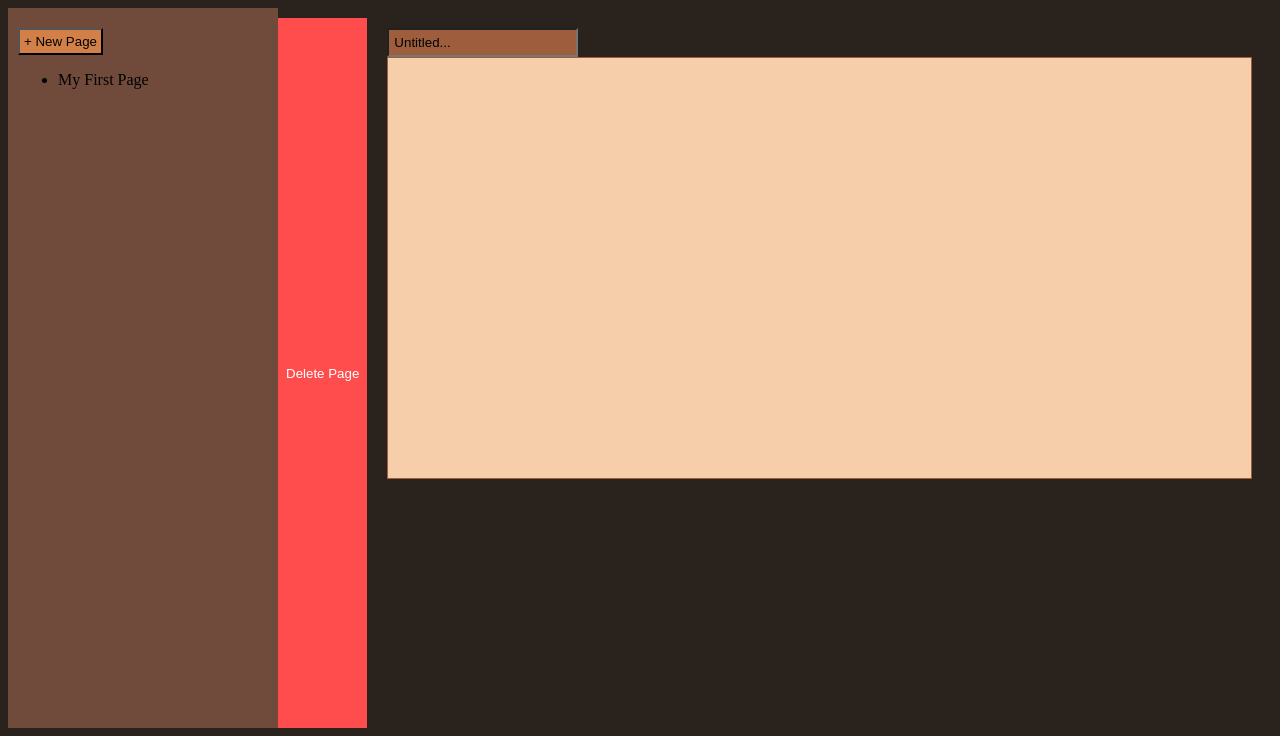
Repository: Dharshinimk-521/notes-app
Page: index.html
These files come from the project's save history. The page is drawn as it stood at one moment and after the next save; the edit follows.
The browser window is 1280 px wide. The pictures show the whole page.

Above is the page before, as saved 2026-04-18 20:36:09.

### index.html
<!DOCTYPE html>
<html lang="en">
    <head>
        <meta charset="UTF-8">
        <meta name="viewport" content="width=device-width, initial-scale=1.0">
        <title>Notes App</title>
        <link rel="stylesheet" href="style.css">
        <script src="app.js" defer></script>
    </head>
    <body>
    <div class="app">

        <aside class="sidebar">
        <button id="newPageBtn">+ New Page</button>
        <ul id="pageList"></ul>
        </aside>
        <button id="deletePageBtn"> Delete Page</button>
        <main class="editor">
        <input id="pageTitle" placeholder="Untitled..." />
        <div id="editorArea" contenteditable="true"></div>
        </main>

    </div>


    </body>
</html>

### style.css
body{
    background-color: #29221D;
}
.app {
  margin: 0;
  display: flex;
  height: 100vh;

}

.sidebar {
  width: 250px;
  background: #704B3C;
  padding: 10px;
}

.editor {
  flex: 1;
  padding: 20px;
}

#editorArea {
  min-height: 400px;
  background-color: #F6CEA9;
  border: 1px solid #9E5E3D;
  padding: 10px;
}
#newPageBtn{
 background-color: #D28048;
 padding: 4px;
 margin-top: 10px;
}
#pageTitle{
    padding:5px;
    background-color: #9E5E3D;
    color: black;
}
::placeholder{
    color:black;
    opacity: 1
}
#deletePageBtn {
  margin-top: 10px;
  background: #ff4d4d;
  color: white;
  border: none;
  padding: 8px;
  cursor: pointer;
}

### app.js
// Load pages from localStorage OR use default
let pages = JSON.parse(localStorage.getItem("pages")) || [
  {
    id: "123",
    title: "My First Page",
    content: "<p>Hello world</p>"
  }
];

let currentPageId = null;

// Save all pages
function savePages() {
  localStorage.setItem("pages", JSON.stringify(pages));
}

// Create new page
function createPage() {
  const newPage = {
    id: Date.now().toString(),
    title: "Untitled",
    content: ""
  };

  pages.push(newPage);
  savePages();
  renderPages();
  openPage(newPage.id);
}

// Render sidebar
function renderPages() {
  const pageList = document.getElementById("pageList");
  pageList.innerHTML = "";

  pages.forEach((page) => {
    const li = document.createElement("li");
    li.textContent = page.title;

    if (page.id === currentPageId) {
      li.style.background = "#ddd";
    }

    li.onclick = () => openPage(page.id);

    pageList.appendChild(li);
  });
}

// Open page
function openPage(id) {
    console.log("Opening page:", id);
  const page = pages.find(p => p.id === id);
  currentPageId = id;

  if (!page) return;

  document.getElementById("pageTitle").value = page.title;
  document.getElementById("editorArea").innerHTML = page.content;
}

// Auto save current page
function saveCurrentPage() {
  const page = pages.find(p => p.id === currentPageId);
  if (!page) return;

  page.title = document.getElementById("pageTitle").value;
  page.content = document.getElementById("editorArea").innerHTML;

  savePages();
}
//del func
function deleteCurrentPage() {
  if (!currentPageId) return;

  const confirmDelete = confirm("Delete this page?");
  if (!confirmDelete) return;

  pages = pages.filter(p => p.id !== currentPageId);

  savePages();
  renderPages();

  if (pages.length > 0) {
    openPage(pages[0].id);
  } else {
    currentPageId = null;
    document.getElementById("pageTitle").value = "";
    document.getElementById("editorArea").innerHTML = "";
  }
}
// Event listeners
document.getElementById("newPageBtn").onclick = createPage;
document.getElementById("editorArea").addEventListener("input", saveCurrentPage);
document.getElementById("pageTitle").addEventListener("input", saveCurrentPage);

// Initial render
renderPages();

After the next save:
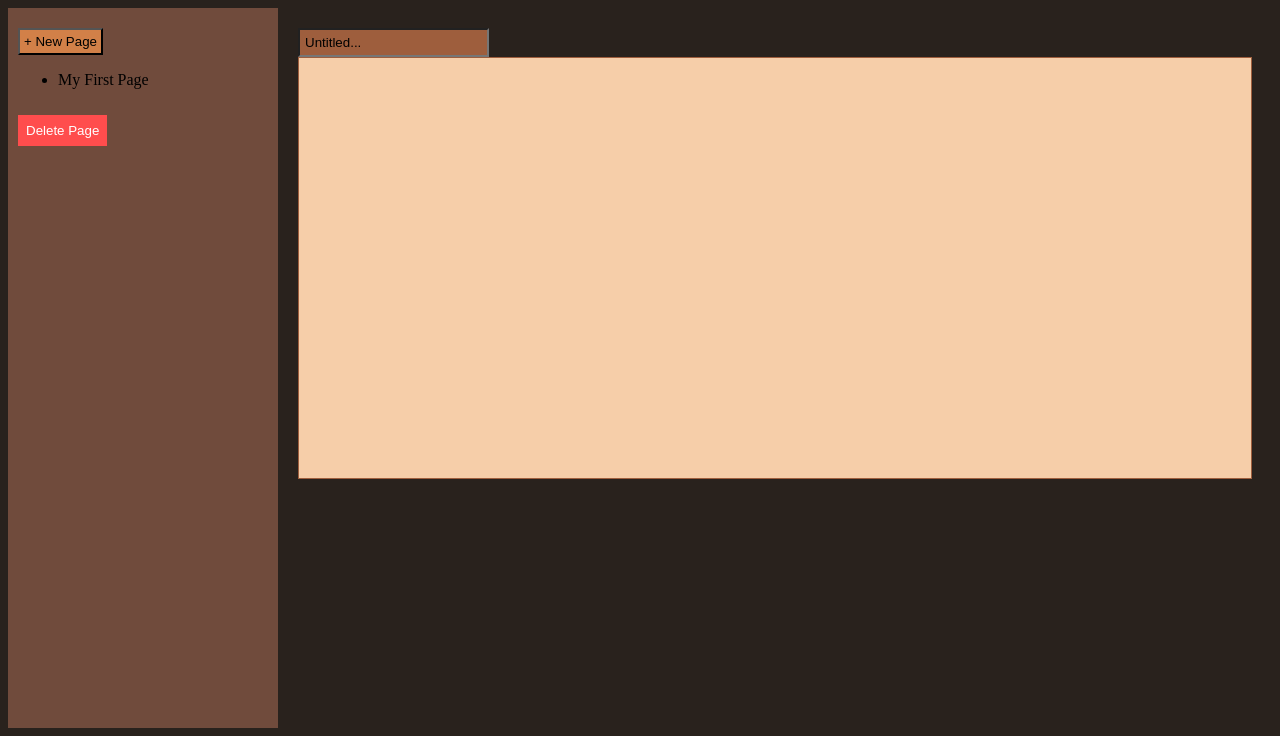
Saved 18 s later.
--- a/index.html
+++ b/index.html
@@ -13,8 +13,9 @@
         <aside class="sidebar">
         <button id="newPageBtn">+ New Page</button>
         <ul id="pageList"></ul>
+        <button id="deletePageBtn"> Delete Page</button>
         </aside>
-        <button id="deletePageBtn"> Delete Page</button>
+
         <main class="editor">
         <input id="pageTitle" placeholder="Untitled..." />
         <div id="editorArea" contenteditable="true"></div>
